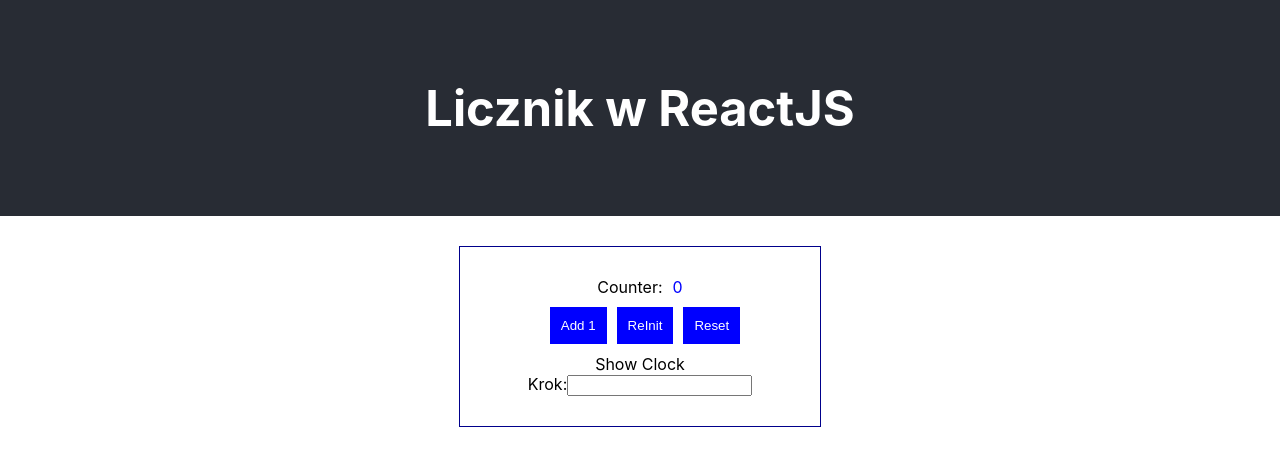
Repository: magdaf41/react-counter-app
Page: /
The author's editor kept a copy of each file at every save. The page is drawn from the files as they stood at one save, then again after the next save.
The browser window is 1280 px wide. The pictures show the whole page.
The project was rebuilt for these pictures with package versions that can differ from the ones it lists, and the page was loaded fresh each time. Also part of the build but not shown: src/Clock.js.

Above is the page before, as saved 2020-10-06 21:07:31.

After the next save:
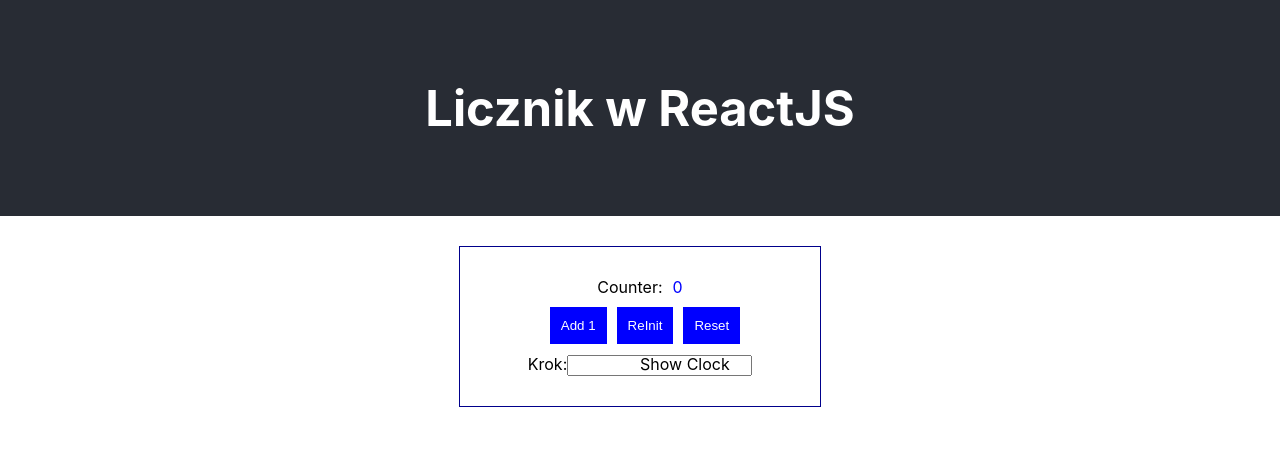
Saved 60 s later.
--- a/src/Clock.css
+++ b/src/Clock.css
@@ -21,3 +21,8 @@
     color: red;
     cursor: pointer;
 }
+
+.counter .show-clock {
+    display: inline-block;
+    position: absolute;
+}
